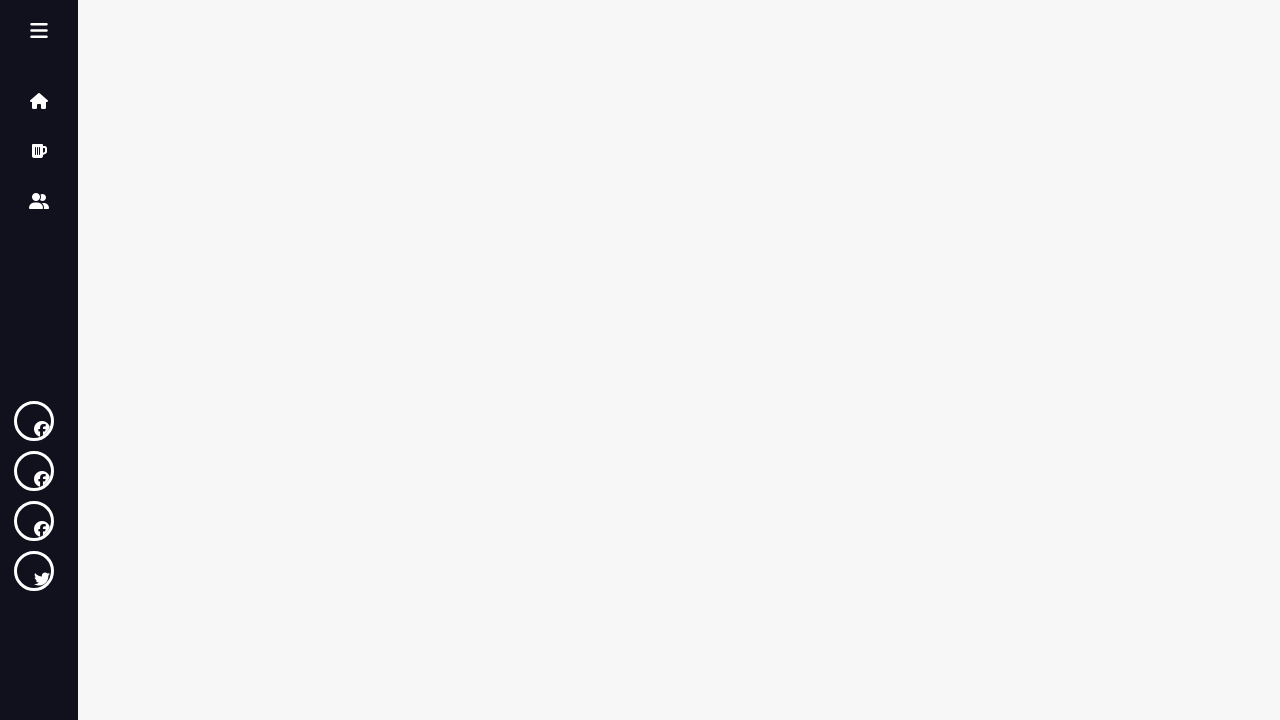
Repository: Nic98/MilkTeaWebsite
Page: mywebsite.html
An editor plug-in stored every save of this project. The page is shown before and after the next save, followed by the edit.
The browser window is 1280 px wide. The pictures show the whole page.
Some web libraries are served in a nearby version.

Above is the page before, as saved 2024-05-28 23:07:03.

### mywebsite.html
<!DOCTYPE html>
<html lang="en">
<head>
  <meta charset="UTF-8">
  <meta name="viewport" content="width=device-width, initial-scale=1.0">
  <link rel="stylesheet" href="mywebsite.css">
  <script src="https://kit.fontawesome.com/2dbcf482c2.js" crossorigin="anonymous"></script>
  <!-- <script src="/sidebar.js"></script> -->
  <title>ComeBuyBooze</title>

</head>
<body>

  <!-- sidebar implementation -->
  <div class="sidebar workspace--flexchild1">
    <div class="logo_content">
        <div class="logo">
            <dive class="logo_name"> ComeBuyBooze </dive>
            <i class="fas fa-bars" id="btn"></i>
        </div>
    </div>

    <ul class="nav_list">
        <li>
            <a href="#">
                <i class="fas fa-home"></i>
                <span class="links_name">ComeBack</span>
            </a>
            <span class = "tooltip">ComeBack</span>
        </li>

        <li>
            <a href="#">
              <i class="fa-solid fa-beer-mug-empty"></i>
                <span class="links_name">Boozz</span>
            </a>
            <span class = "tooltip">Boozz</span>
        </li>

        <li>
          <a href="#">
              <i class="fas fa-user-friends"></i>
              <span class="links_name">Contact us</span>
          </a>
          <span class = "tooltip">Contacts us</span>
      </li>
    </ul>

    <ul class="contact_list">
      <li>
        <a href="#">
          <i class="fa-brands fa-facebook"></i>
        </a>
      </li>
      <li>
        <a href="#">
          <i class="fa-brands fa-facebook"></i>
        </a>
      </li>
      <li>
        <a href="#">
          <i class="fa-brands fa-facebook"></i>
        </a>
      </li>
      <li>
        <a href="#">
          <i class="fa-brands fa-twitter"></i>
        </a>
      </li>
    </ul>



</div>














  <script>
    let btn = document.querySelector("#btn");
    let sidebar = document.querySelector(".sidebar");

    btn.onclick = function() {
        sidebar.classList.toggle("active");
    }
  </script>
</body>
</html>

### mywebsite.css
@import url('https://fonts.googleapis.com/css2?family=Poppins:wght@200;300;400;500;600;700&display=swap');

body{
    margin: 0;
    font-family: "Poppins", sans-serif;
}

.flexbox{
    display: flex;
}

.columnflex{
    display: flex;
    flex-direction: column;
    justify-content: center;
}

#btn{
    cursor: pointer;
}

.btn--line{
    border: solid;
    border-width: 1px;
    color: white;
    background: none;
    border-radius: 50px;
    padding: 10px;
    padding-left: 20px;
    padding-right:20px;
    font-size: 18px;
    cursor: pointer;
}

.btn--solid{
    border: solid;
    border-width: 1px;
    border-radius: 50px;
    padding: 10px;
    padding-left: 20px;
    padding-right: 20px;
    font-size: 18px;
    cursor: pointer;
}

.btn--noborder{
    border: none;
    background: none;
}

.font--title{
    font-size: 30px;
}

.font--bold{
    font-weight: bolder;
}

.font--largrsize{
    font-size: 18px;
}

.login--input{
    border: solid 1px gray;
    font-size: 14px;
    padding: 8px;
    padding-left: 14px;
    width: 100%;
    border-radius: 50px;
    margin-top: 20px;
    box-sizing: border-box;
    box-shadow: 1px 1px 1px gray;
}

.btn--solid>*{
    text-decoration: none;
    color: white;
}

.btn--solid>*:hover{
    color: white;
    transition-duration: 0.5s;
}

:root{
  --lightgray: #F7F7F7;
  --darkblue: #032444;
}

*{
  margin:0;
  padding:0;
  box-sizing: border-box;
}

body {
  background-color: #F7F7F7;
  position: relative;
  min-height: 100vh;
  width: 100%;
  overflow:hidden;
}

/* sidebar */

.nav_list {
  padding-inline-start: 0%;
  list-style-type: none;
}

.sidebar {
  height:100%;
  position:absolute;
  top:0;
  left:0;
  width:78px;
  background-color: #11101d;
  padding:6px 14px;
  transition: all 0.5s ease;
}

.sidebar.active{
  width:240px;
}

.sidebar .logo_content .logo {
  color: #fff;
  display: flex;
  height: 50px;
  width: 100%;
  align-items: center;
  transition: all 0.5s ease;

}

.logo_content .logo i {
  font-size: 28px;
  margin-right: 5px;
}

.logo_content .logo .logo_name {
  font-size: 20px;
  font-weight: 400;
}

.sidebar #btn {
  color: #fff;
  position:absolute;
  left: 50%;
  top:6px;
  font-size: 20px;
  height:50px;
  width:50px;
  text-align: center;
  line-height: 50px;
  transform: translateX(-50%);
}

.sidebar.active #btn{
  left: 90%;
}

.sidebar ul {
  margin-top: 20px;

}
.sidebar ul li {
  list-style: none;
  height: 50px;
  width:100%;
  position:relative;
  margin: 0 0px;
  line-height: 50px;
}

.sidebar ul li .tooltip{
  position: absolute;
  left:122px;
  top:10%;
  transform: translate(-50%, -50%);
  text-align: center;
  border-radius: 6px;
  height:35px;
  width:122px;
  background: #fff;
  line-height: 35px;
  box-shadow: 0 5px 10px rgba(0,0,0,0.2);
  transition:0s;
  opacity: 0;
  pointer-events: none;
  z-index: 3000 !important;
}

.sidebar.active ul li .tooltip {
  display:none;
}

.sidebar ul li:hover .tooltip{
  transition: all 0.5s ease;
  opacity: 1;
  top:50%;
  z-index: 3;
}

.sidebar .nav_list li a {
  color: #fff;
  display: flex;
  align-items: center;
  text-decoration: none;
  transition: all 0.4s ease;
  border-radius: 6px;
  height:100%;
  white-space: nowrap;
}

.sidebar .nav_list li a:hover {
  color: #11101d;
  background: #fff;
  padding: 5px;
}

.sidebar .nav_list li i {
  height:50px;
  min-width: 50px;
  border-radius: 12px;
  line-height: 50px;
  text-align: center;
}

.sidebar .links_name{
  opacity: 0;
  pointer-events: none;
  transition: all 0.5s ease;
}

.sidebar.active .links_name {
  opacity: 1;
  pointer-events: auto;
}

.sidebar .logo_name {
  opacity: 0;
  pointer-events: none;
}

.sidebar.active .logo_name {
  opacity: 1;
  pointer-events: auto;
}

/* contact list */

/* .contact_list .links_name{
  opacity: 0;
  pointer-events: none;
  transition: all 0.5s ease;
}

.contact_list.active .links_name {
  opacity: 1;
  pointer-events: auto;
} */

.contact_list {
  padding-top: 250%;
  position: relative;
  top: 30px;
  padding-inline-start: 0%;
  list-style-type: none;
}

.contact_list li i {
  height:50px;
  min-width: 50px;
  line-height: 50px;
  border-radius: 12px;
  text-align: center;
}

.contact_list li a:hover {
  color: #11101d;
  background: #fff;
  /* padding-left:12px; */
}

.contact_list li a {
  width: 40px;
  height: 40px;
  color: #fff;
  overflow: hidden;
  position: relative;
  display:block;
  line-height: 5px;
  border-radius: 50%;
  transition: all 0.4s ease;
  white-space: nowrap;
  z-index: 1;
  border: 3px solid #fff
}

.sidebar.active .contact_list li i {
  height:50px;
  min-width: 50px;
  border-radius: 12px;
  line-height: 50px;
  text-align: center;
}

.sidebar.active .contact_list li a:hover {
  color: #11101d;
  background: #fff;
}









































/* .home_content {

  position: absolute;
  height: 100%;
  width: calc(100% - 78px);
  left:78px;
  transition: all 0.5s ease;

}

.home_content .text {
  font-size: 25px;
  font-weight: 500;
  color: #1d1b31;
  margin:12px;
}

.sidebar.active ~ .home_content {
  width: calc(100% - 240px);
  left:240px
} */



/* header

.workspaceheader--container{
  width: 100%;
  height: 50px;
  background-color: white;
  justify-content: space-between;
  padding-left: 18px;
  padding-right: 18px;
  box-shadow: 3px 3px 3px lightgray;



}

.searchbar--container{
  height: inherit;
  width: 40%;
  flex-direction: column;
  justify-content:center;
}

.searchbar--container>*{
  margin: 0;
}

.seachbar{
  max-width: 400px;
  padding: 4px;
  padding-left: 18px;
  box-shadow: none;
  border: solid 1px var(--lightgray);
  background: #FBFBFB;
}

.settingbar--container>*+*{
  margin-left: 16px;
}

.profilepic{
  height: 44px;
  width: 44px;
  border: solid 1px lightgray;
  border-radius: 50%;

}

.fa-moon, .fa-cog, .fa-bell{
  font-size: large;
}

.font--headerrole{
  font-size: small;

}

.headerName{
  margin-left: 22px;
}

.headerrole--container{
  flex-direction: row-reverse;
  justify-content: center;
}

.headerrole--container>*{
  margin: 0 !important;
  color: black;
}

.content-container{

  max-height: 100%;
  padding: 20px;

  width: 100%;
  overflow-y: scroll !important;

}

.content-container>*{
  z-index: 0;
} */

After the next save:
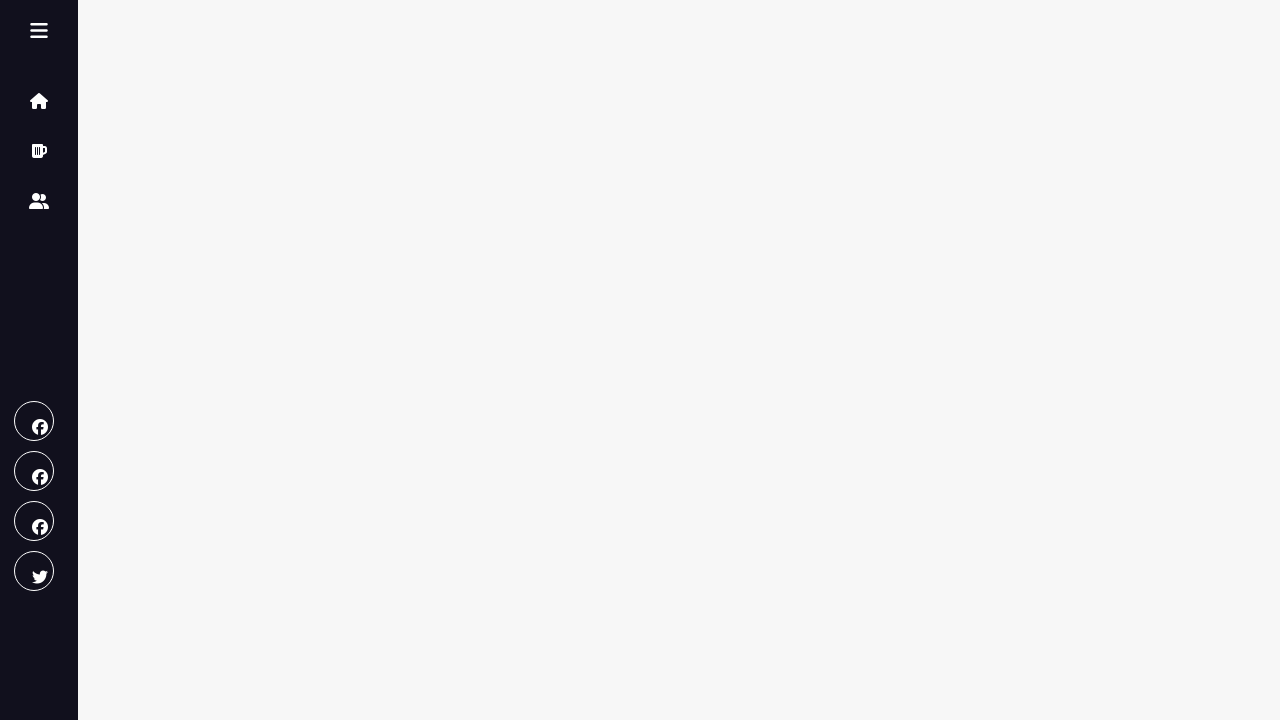
Saved 7 s later.
--- a/mywebsite.css
+++ b/mywebsite.css
@@ -295,7 +295,7 @@ body {
   transition: all 0.4s ease;
   white-space: nowrap;
   z-index: 1;
-  border: 3px solid #fff
+  border: 1px solid #fff
 }
 
 .sidebar.active .contact_list li i {
